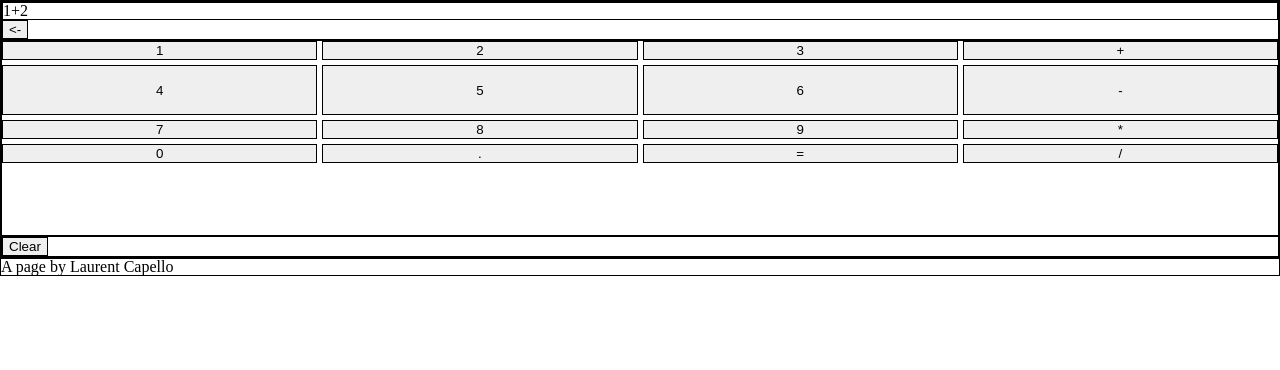
Repository: sokafootball/js-calculator
Page: index.html
These files come from the project's save history. The page is drawn as it stood at one moment and after the next save; the edit follows.
The browser window is 1280 px wide. The pictures show the whole page.

Above is the page before, as saved 2020-04-25 11:27:25.

After the next save:
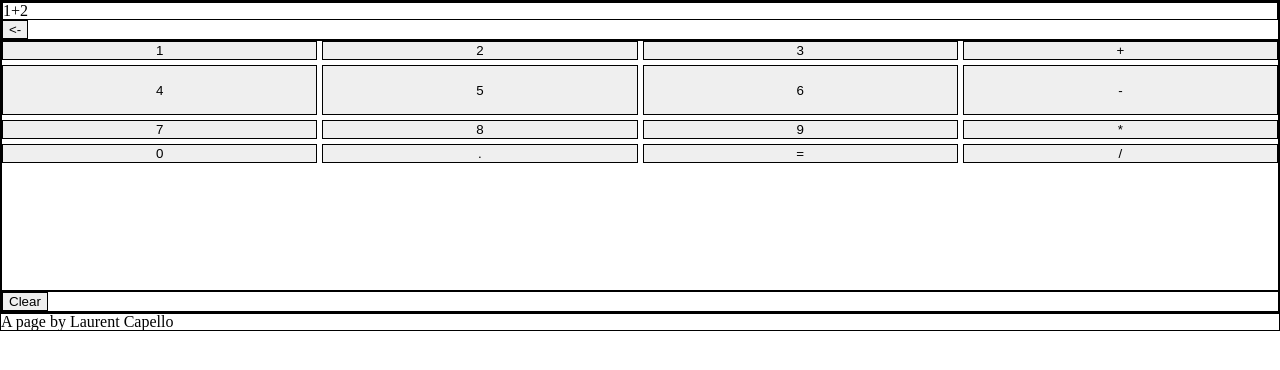
Saved 4 s later.
--- a/style.css
+++ b/style.css
@@ -17,5 +17,5 @@
     "numpad numpad numpad operators"
     ". clear clear .";
   grid-template-columns: repeat(3, 1fr) [num-col-end] 1fr;
-  grid-template-rows: 1fr 50px repeat(4, 1fr) 1fr;
+  grid-template-rows: 1fr 50px repeat(4, 1fr) 50px 1fr;
 }
